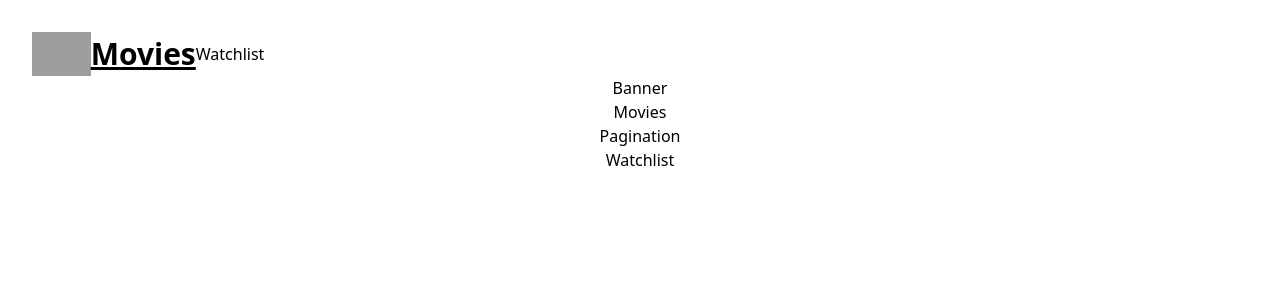
Repository: PrashantPanjwani/JSProjects
Page: / (app in Movies-App/)
These files come from the project's save history. The page is drawn as it stood at one moment and after the next save; the edit follows.
The browser window is 1280 px wide. The pictures show the whole page.
Pictures or frames that could not be fetched are drawn as grey boxes. The project was rebuilt for these pictures with package versions that can differ from the ones it lists, and the page was loaded fresh each time. Also part of the build but not shown: Movies-App/vite.config.js.

Above is the page before, as saved 2024-08-03 23:21:48.

After the next save:
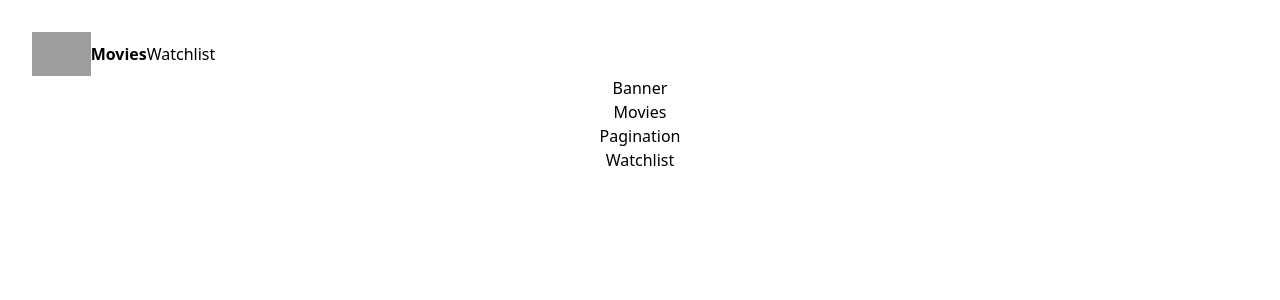
Saved 63 s later.
--- a/Movies-App/src/Components/Navbar.jsx
+++ b/Movies-App/src/Components/Navbar.jsx
@@ -2,7 +2,7 @@
     return (
         <div className="flex items-center">
             <img className="h-11" src="https://encrypted-tbn0.gstatic.com/images?q=tbn:ANd9GcSb-LgjwzNyCwZOP8Acw2B1E1Ni2DJDoBLtjioW86H6Kw&s" alt="" />
-            <a className="text-3xl font-bold underline" href="/">Movies</a>
+            <a className="text-blue-3xl font-bold" href="/">Movies</a>
             <a href="/watchlist">Watchlist</a>
         </div>
     )
